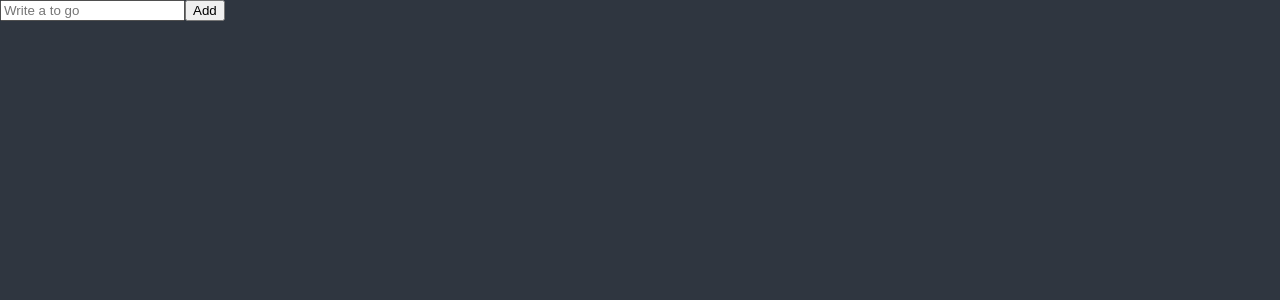
Repository: SeungYn/react-nomad
Page: / (app in recoil-todo/)
These files come from the project's save history. The page is drawn as it stood at one moment and after the next save; the edit follows.
The browser window is 1280 px wide. The pictures show the whole page.
The project was rebuilt for these pictures with package versions that can differ from the ones it lists, and the page was loaded fresh each time.

Above is the page before, as saved 2023-01-07 18:33:14.

### recoil-todo/src/index.tsx
import React from 'react';
import ReactDOM from 'react-dom/client';
import './index.css';
import App from './App';
import reportWebVitals from './reportWebVitals';
import { ThemeProvider } from 'styled-components';
import { darkTheme } from './theme';

const root = ReactDOM.createRoot(
  document.getElementById('root') as HTMLElement
);
root.render(
  <React.StrictMode>
    <ThemeProvider theme={darkTheme}>
      <App />
    </ThemeProvider>
  </React.StrictMode>
);

// If you want to start measuring performance in your app, pass a function
// to log results (for example: reportWebVitals(console.log))
// or send to an analytics endpoint. Learn more: https://bit.ly/CRA-vitals
reportWebVitals();

### recoil-todo/src/App.tsx
import { createGlobalStyle } from 'styled-components';
import ToDoList from './ToDoList';

const GlobalStyle = createGlobalStyle`
  @import url('https://fonts.googleapis.com/css2?family=Source+Sans+Pro:wght@300;400&display=swap');
  html, body, div, span, applet, object, iframe,
h1, h2, h3, h4, h5, h6, p, blockquote, pre,
a, abbr, acronym, address, big, cite, code,
del, dfn, em, img, ins, kbd, q, s, samp,
small, strike, strong, sub, sup, tt, var,
b, u, i, center,
dl, dt, dd, menu, ol, ul, li,
fieldset, form, label, legend,
table, caption, tbody, tfoot, thead, tr, th, td,
article, aside, canvas, details, embed,
figure, figcaption, footer, header, hgroup,
main, menu, nav, output, ruby, section, summary,
time, mark, audio, video {
  margin: 0;
  padding: 0;
  border: 0;
  font-size: 100%;
  font: inherit;
  vertical-align: baseline;
}
/* HTML5 display-role reset for older browsers */
article, aside, details, figcaption, figure,
footer, header, hgroup, main, menu, nav, section {
  display: block;
}
/* HTML5 hidden-attribute fix for newer browsers */
*[hidden] {
    display: none;
}
body {
  line-height: 1;
}
menu, ol, ul {
  list-style: none;
}
blockquote, q {
  quotes: none;
}
blockquote:before, blockquote:after,
q:before, q:after {
  content: '';
  content: none;
}
table {
  border-collapse: collapse;
  border-spacing: 0;
}

*{
  box-sizing: border-box;
}

body {
  font-family: 'Source Sans Pro', sans-serif;
  background-color: ${(props) => {
    console.log(props.theme.bgColor);
    return props.theme.bgColor;
  }};
  color:${(props) => props.theme.textColor}
}

a{
  text-decoration:none;
  color:inherit;
}
`;

function App() {
  return (
    <>
      <GlobalStyle />
      <ToDoList />
    </>
  );
}

export default App;

### recoil-todo/src/theme.ts
import { DefaultTheme } from 'styled-components';

export const darkTheme: DefaultTheme = {
  bgColor: '#2f3640',
  textColor: 'white',
  accentColor: '#9c88ff',
};

### recoil-todo/src/ToDoList.tsx
import React, { useState } from 'react';
import { useForm } from 'react-hook-form';
// function ToDoList() {
//   const [value, setValue] = useState('');
//   const [toDoError, setToDoError] = useState('');
//   const onChange = (e: React.ChangeEvent<HTMLInputElement>) => {
//     setToDoError('');
//     setValue(e.currentTarget.value);
//   };

//   const onSubmit = (e: React.FormEvent<HTMLFormElement>) => {
//     e.preventDefault();
//     console.log(e);
//     if (value.length < 10) {
//       return setToDoError('To do should be longer');
//     }
//     console.log('submit');
//   };

//   return (
//     <div>
//       <form onSubmit={onSubmit}>
//         <input
//           type='text'
//           value={value}
//           onChange={onChange}
//           placeholder='Write a to go'
//         />
//         <button>Add</button>
//         {toDoError !== '' ? toDoError : null}
//       </form>
//     </div>
//   );
// }

function ToDoList() {
  const { register, watch } = useForm();
  console.log(watch());

  return (
    <div>
      <form>
        <input {...register('todo')} type='text' placeholder='Write a to go' />
        <button>Add</button>
      </form>
    </div>
  );
}

export default ToDoList;

Loaded but not shown: recoil-todo/public/index.html (common file); recoil-todo/src/index.css (common file); recoil-todo/src/reportWebVitals.ts (common file)

After the next save:
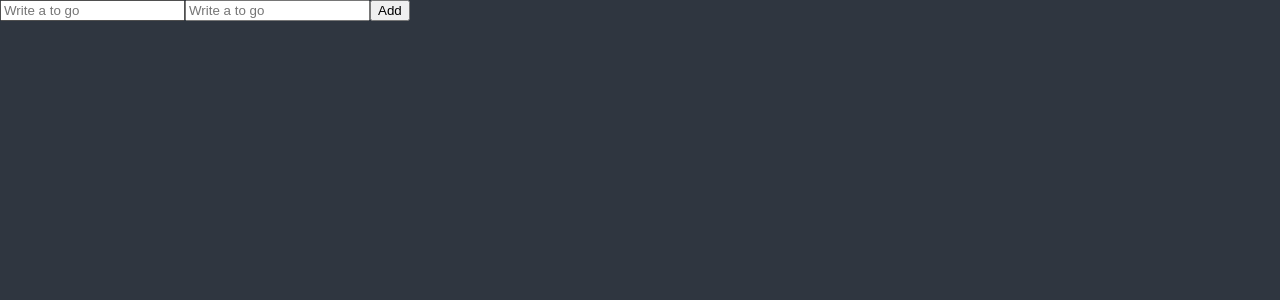
Saved 82 s later.
--- a/recoil-todo/src/ToDoList.tsx
+++ b/recoil-todo/src/ToDoList.tsx
@@ -41,6 +41,7 @@ function ToDoList() {
     <div>
       <form>
         <input {...register('todo')} type='text' placeholder='Write a to go' />
+        <input {...register('Email')} type='text' placeholder='Write a to go' />
         <button>Add</button>
       </form>
     </div>
